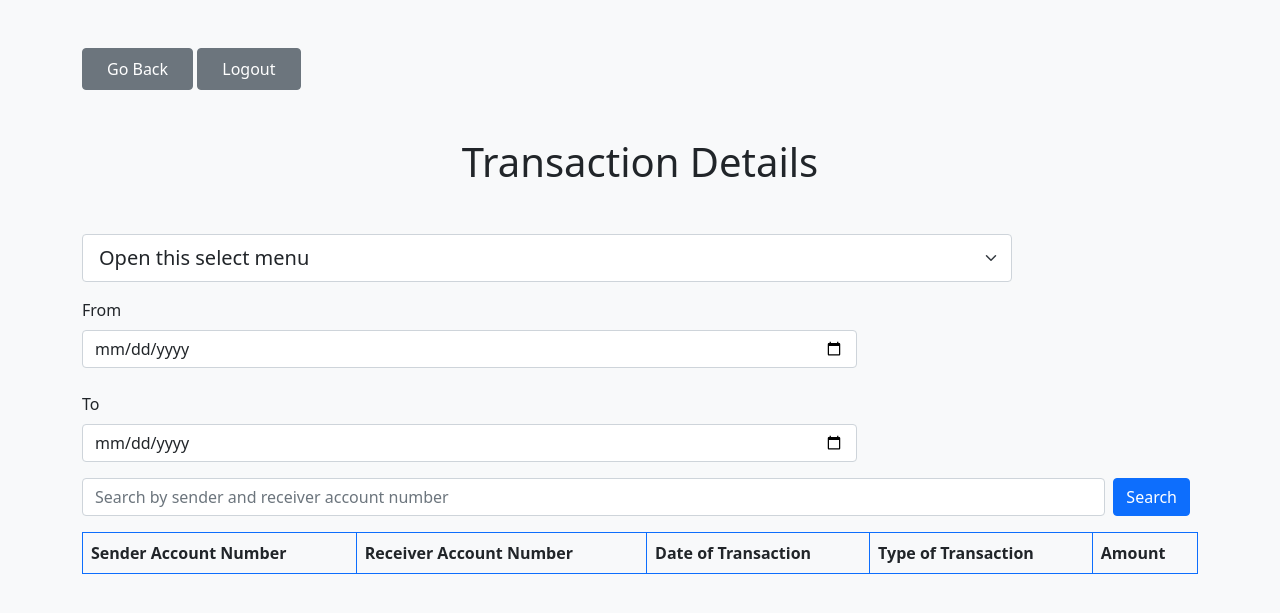
Repository: valletivarish/monojsp
Page: http://localhost/11-bank-application/view-transactions.jsp
The author's editor kept a copy of each file at every save. The page is drawn from the files as they stood at one save, then again after the next save.
The browser window is 1280 px wide. The pictures show the whole page.
The page is served by Tomcat 9. Other server files are loaded and not shown. The template is opened directly, without the code that normally fills it, so the values that code supplies are empty.

Above is the page before, as saved 2024-07-22 09:55:18.

### 11-bank-application/WebContent/view-transactions.jsp
<%@ page language="java" contentType="text/html; charset=UTF-8"
	pageEncoding="UTF-8"%>
<%@ taglib uri="http://java.sun.com/jsp/jstl/core" prefix="c"%>

<!DOCTYPE html>
<html lang="en">
<head>
<meta charset="UTF-8" />
<meta name="viewport" content="width=device-width, initial-scale=1.0" />
<title>View Transactions</title>
<link
	href="https://cdnjs.cloudflare.com/ajax/libs/font-awesome/6.6.0/css/all.min.css" />
<link
	href="https://cdn.jsdelivr.net/npm/bootstrap@5.0.2/dist/css/bootstrap.min.css"
	rel="stylesheet"
	integrity="sha384-EVSTQN3/azprG1Anm3QDgpJLIm9Nao0Yz1ztcQTwFspd3yD65VohhpuuCOmLASjC"
	crossorigin="anonymous" />
<script
	src="https://cdn.jsdelivr.net/npm/bootstrap@5.0.2/dist/js/bootstrap.bundle.min.js"
	integrity="sha384-MrcW6ZMFYlzcLA8Nl+NtUVF0sA7MsXsP1UyJoMp4YLEuNSfAP+JcXn/tWtIaxVXM"
	crossorigin="anonymous"></script>

</head>
<body class="bg-light">
	<div class="container-lg my-5">
		<a class="btn btn-secondary p-2 px-4" href="admin?command=admin">Go
			Back</a> <a class="btn btn-secondary p-2 px-4" aria-current="page"
			href="logout">Logout</a>
		<h1 class="text-center my-5">Transaction Details</h1>
		<form action="admin" method="get">
			<div class="col-sm-10">
				<input type="hidden" name="command" value="viewTransactions" /> <select
					class="form-select form-select-lg mb-3"
					aria-label=".form-select-lg example" name="select">
					<option selected>Open this select menu</option>
					<option value="senderAccountNumber">Sender Account Number</option>
					<option value="receiverAccountNumber">Receiver Account
						Number</option>
				</select>
				<div class="col-sm-10">
					<label class="form-label" for="from">From</label> <input
						type="date" class="form-control" name="from" id="from">
						<br>
						<label
						class="form-label" for="to">To</label> <input type="date"
						class="form-control" name="to" id="to">
				</div>

			</div>
			<div class="d-flex my-3">
				<input type="text" class="form-control" name="searchValue"
					placeholder="Search by sender and receiver account number" />
				<input type="submit" class="btn btn-primary mx-2" value="Search" />
				<i class="fa-solid fa-filter"></i>
			</div>
		</form>

		<table class="table table-hover table-bordered border-primary">
			<thead>
				<tr>
					<th>Sender Account Number</th>
					<th>Receiver Account Number</th>
					<th>Date of Transaction</th>
					<th>Type of Transaction</th>
					<th>Amount</th>
				</tr>
			</thead>
			<tbody>
				<c:forEach var="transaction" items="${TheTransactions}">
					<tr>
						<td>${transaction.sender_account_number}</td>
						<td>${transaction.receiver_account_number}</td>
						<td>${transaction.date_of_transaction}</td>
						<td>${transaction.transaction_type}</td>
						<td>${transaction.transaction_amount}</td>
					</tr>
				</c:forEach>
			</tbody>
		</table>
	</div>
</body>
</html>

After the next save:
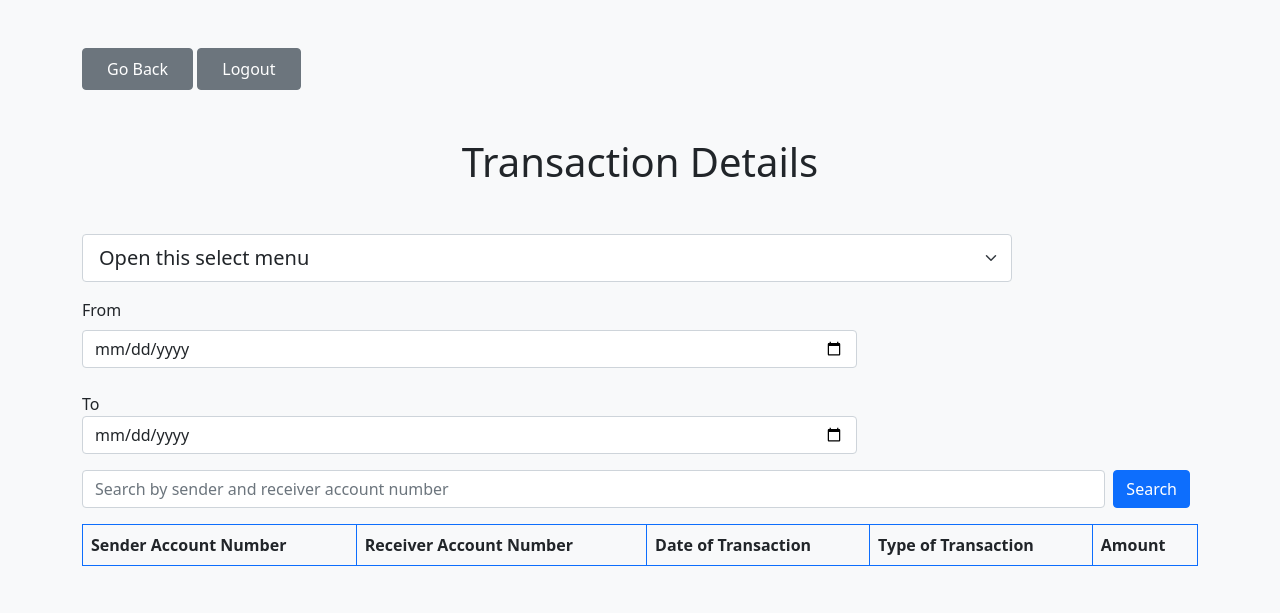
Saved 9 s later.
--- a/11-bank-application/WebContent/view-transactions.jsp
+++ b/11-bank-application/WebContent/view-transactions.jsp
@@ -19,7 +19,6 @@
 	src="https://cdn.jsdelivr.net/npm/bootstrap@5.0.2/dist/js/bootstrap.bundle.min.js"
 	integrity="sha384-MrcW6ZMFYlzcLA8Nl+NtUVF0sA7MsXsP1UyJoMp4YLEuNSfAP+JcXn/tWtIaxVXM"
 	crossorigin="anonymous"></script>
-
 </head>
 <body class="bg-light">
 	<div class="container-lg my-5">
@@ -40,7 +39,7 @@
 				<div class="col-sm-10">
 					<label class="form-label" for="from">From</label> <input
 						type="date" class="form-control" name="from" id="from">
-						<br>
+						<br
 						<label
 						class="form-label" for="to">To</label> <input type="date"
 						class="form-control" name="to" id="to">
